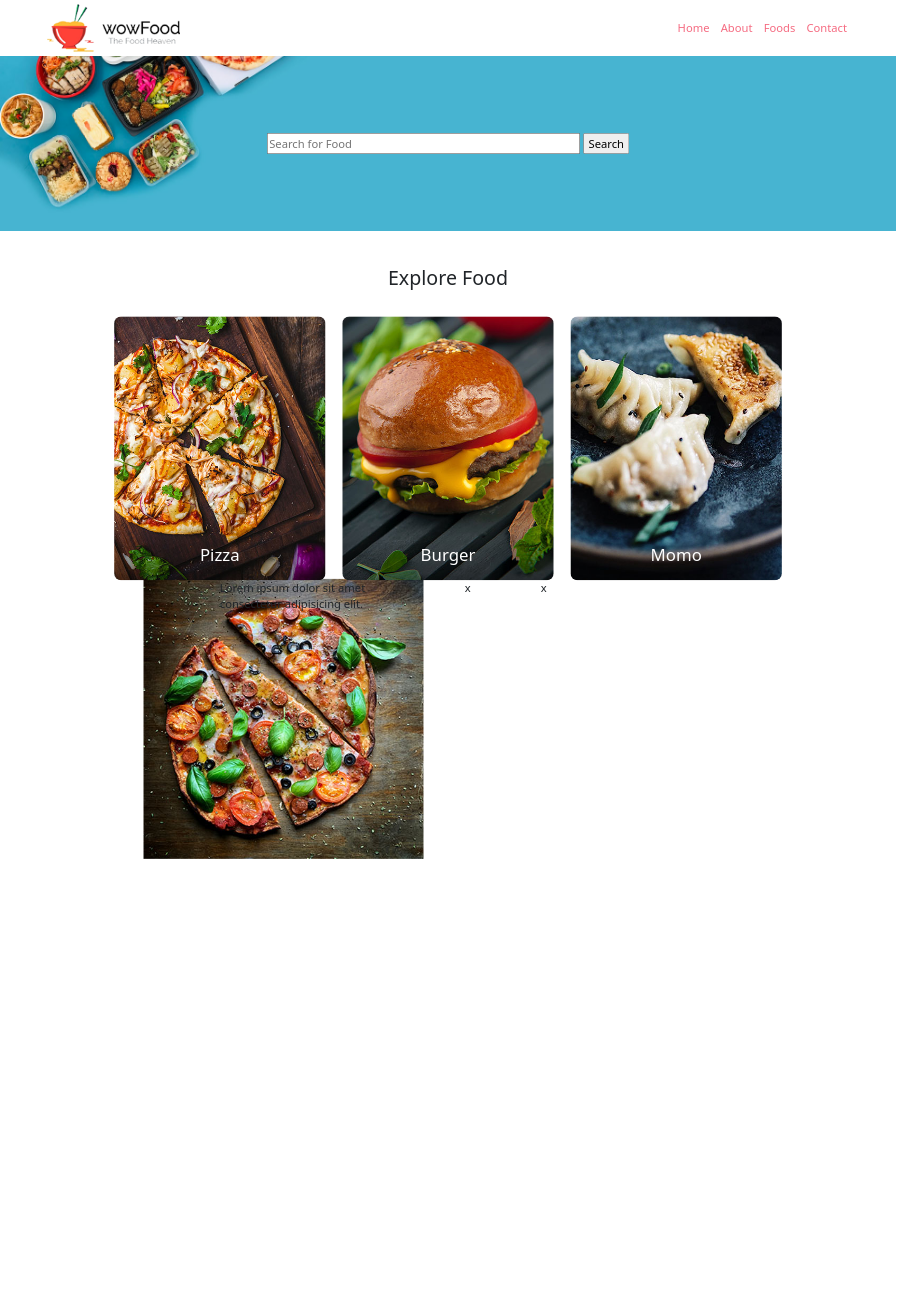
Repository: ruaruababa/RestaurantBS5
Page: html/index.html
These files come from the project's save history. The page is drawn as it stood at one moment and after a run of saves; the edit follows.
The browser window is 1280 px wide. The page is 1292 px wide, so the pictures cover 1292 px, including what lies to the right of the window. The pictures show the part of the page from y = 0 to 1880 px (the page is 3080 px tall), at 70% of full size.

Above is the page before, as saved 2021-09-26 12:56:46.

### html/index.html
<!DOCTYPE html>
<html lang="en">

<head>
    <meta charset="UTF-8" />
    <meta http-equiv="X-UA-Compatible" content="IE=edge" />
    <meta name="viewport" content="width=device-width, initial-scale=1.0" />
    <title>Document</title>
    <link href="https://cdn.jsdelivr.net/npm/bootstrap@5.1.1/dist/css/bootstrap.min.css" rel="stylesheet"
        integrity="sha384-F3w7mX95PdgyTmZZMECAngseQB83DfGTowi0iMjiWaeVhAn4FJkqJByhZMI3AhiU" crossorigin="anonymous" />
    <link rel="stylesheet" href="https://cdn.jsdelivr.net/npm/bootstrap-icons@1.5.0/font/bootstrap-icons.css" />
    <link rel="stylesheet" href="/css/style.css" />
</head>

<body>
    <nav class="navbar navbar-expand-lg navbar-light bg-light nav-fixed">
        <div class="container-fluid">
            <a class="navbar-brand" href="#">
                <img src="/img/logo.png" alt="" />
            </a>
            <button class="navbar-toggler" type="button" data-bs-toggle="collapse"
                data-bs-target="#navbarSupportedContent" aria-controls="navbarSupportedContent" aria-expanded="false"
                aria-label="Toggle navigation">
                <span class="navbar-toggler-icon"></span>
            </button>
            <div class="collapse navbar-collapse" id="navbarSupportedContent">
                <ul class="navbar-nav">
                    <li class="nav-item">
                        <a class="nav-link active nav-link-fixed" aria-current="page" href="#">Home</a>
                    </li>
                    <li class="nav-item">
                        <a class="nav-link active nav-link-fixed" aria-current="page" href="#">About</a>
                    </li>
                    <li class="nav-item">
                        <a class="nav-link active nav-link-fixed" aria-current="page" href="#">Foods</a>
                    </li>
                    <li class="nav-item">
                        <a class="nav-link active nav-link-fixed" aria-current="page" href="#">Contact</a>
                    </li>
                </ul>
            </div>
        </div>
    </nav>

    <!-- End navbar -->

    <section style="margin-top: 80px">
        <div class="container-section" style="position: relative">
            <img src="/img/bg.jpg" class="img-fluid" alt="Responsive image"
                style="height: 250px; width: 100%; object-fit: cover" />
            <form action="" class="form-search" style="
            width: 100%;
            position: absolute;
            text-align: center;
            top: 50%;
            transform: translateY(-50%);
          ">
                <input type="text" placeholder="Search for Food" style="width: 35%" />
                <input type="button" value="Search" />
            </form>
        </div>
    </section>

    <!-- end section background -->

    <section>
        <div class="row justify-content-center">
            <h3 style="text-align: center; padding-top: 50px; padding-bottom: 30px">
                Explore Food
            </h3>
            <div class="col-3">
                <div class="card border">
                    <img src="/img/pizza.jpg" class="card-img-top border-radius" alt="..." />
                    <div class="card-body card-body-fixed">
                        <p class="card-text text-center">Pizza</p>
                    </div>
                </div>
            </div>
            <div class="col-3">
                <div class="card border">
                    <img src="/img/burger.jpg" class="card-img-top border-radius" alt="..." />
                    <div class="card-body card-body-fixed">
                        <p class="card-text text-center">Burger</p>
                    </div>
                </div>
            </div>
            <div class="col-3">
                <div class="card border">
                    <img src="/img/momo.jpg" class="card-img-top border-radius" alt="..." />
                    <div class="card-body card-body-fixed">
                        <p class="card-text text-center">Momo</p>
                    </div>
                </div>
            </div>
        </div>
    </section>

    <!-- End section Explore Food -->

    <section>
        <div class="row row-cols-1 row-cols-md-3 g-4 justify-content-center gap-4">
            <div class="col">
                <div class="row">
                    <div class="col-3">
                        <img src="/img/menu-pizza.jpg" alt="" style="width: initial; object-fit: cover;">
                    </div>
                    <div class="col-8">Lorem ipsum dolor sit amet consectetur adipisicing elit.</div>
                </div>
            </div>
            <div class="col">
                <div class="row">
                    <div class="col-3">x</div>
                    <div class="col-8">x</div>
                </div>
            </div>
            <div class="col">
            </div>
            <div class="col">
            </div>
        </div>
    </section>

    <script src="https://cdn.jsdelivr.net/npm/bootstrap@5.1.1/dist/js/bootstrap.bundle.min.js"
        integrity="sha384-/bQdsTh/da6pkI1MST/rWKFNjaCP5gBSY4sEBT38Q/9RBh9AH40zEOg7Hlq2THRZ" crossorigin="anonymous">
    </script>
</body>

</html>

### css/style.css
body{
    height: 3000px!important;
}
.nav-fixed{
    background-color: white!important;
    padding: 0 50px;
    position: fixed;
    width: 100%;
    z-index: 1;
    top: 0;
}
.navbar-collapse{
    justify-content: end;
}
.nav-link-fixed{
    text-align: center;
    color: #f56b81!important;
}
.border{
    border: none!important;
}
.border-radius{
    border-radius: 10px;
}
.card-body-fixed{
    margin-top: -70px;
    font-size: 24px;
    color: white;
}
.col-4-fixed{
    width: 35.5%;
}

After the next 3 saves:
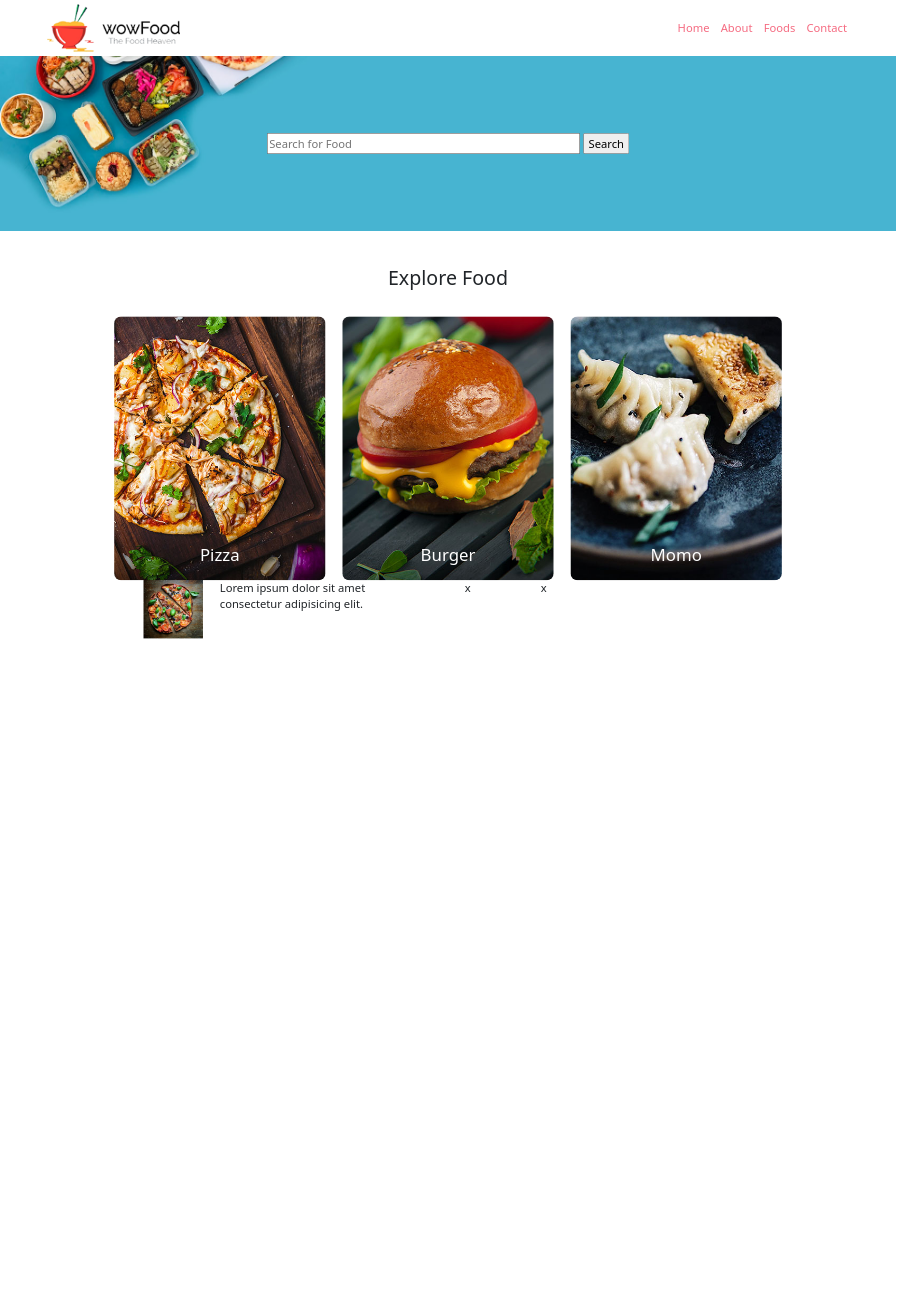
The 3 saves are shown as one change because they came seconds apart.
The last was saved 11 s later.
--- a/html/index.html
+++ b/html/index.html
@@ -102,7 +102,7 @@
             <div class="col">
                 <div class="row">
                     <div class="col-3">
-                        <img src="/img/menu-pizza.jpg" alt="" style="width: initial; object-fit: cover;">
+                        <img src="/img/menu-pizza.jpg" alt="" style="width: 100%; object-fit: cover;">
                     </div>
                     <div class="col-8">Lorem ipsum dolor sit amet consectetur adipisicing elit.</div>
                 </div>
